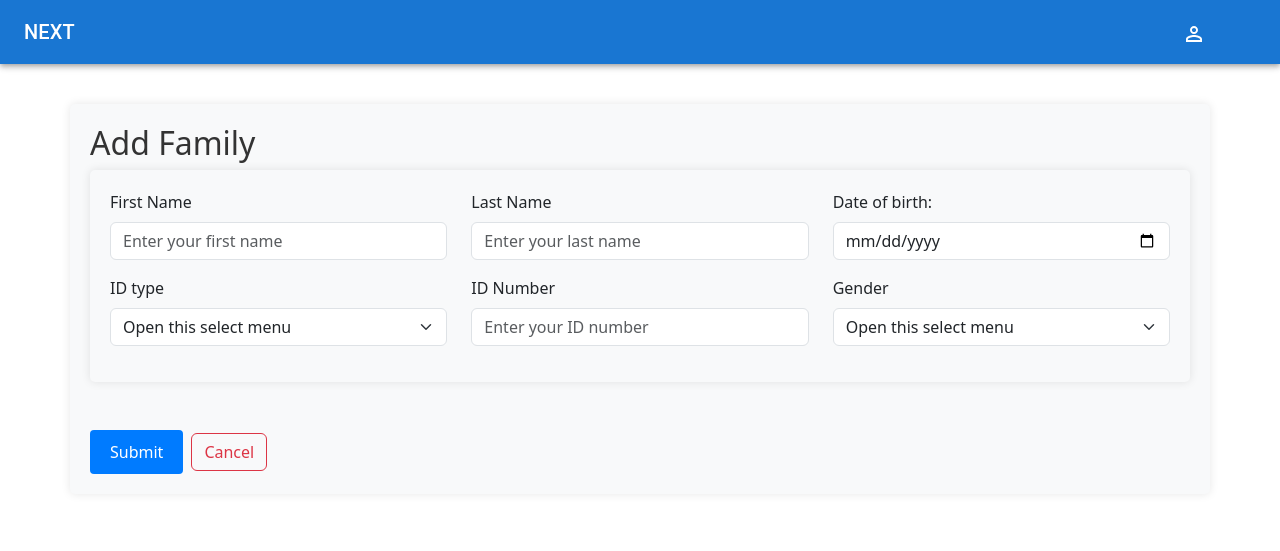
Repository: raghav-pant17/next-frontend
Page: /add-user
An editor plug-in stored every save of this project. The page is shown before and after a run of saves, followed by the edit.
The browser window is 1280 px wide. The pictures show the whole page.
The project was rebuilt for these pictures with package versions that can differ from the ones it lists, and the page was loaded fresh each time. Also part of the build but not shown: src/components/Card.js, src/components/plandetails.js, src/pages/grid.js, src/components/Modal.js, src/pages/Home/CarouselDesign.css, src/pages/Home/CarouselDesign.js, src/pages/Home/Home.js, src/components/Cards/SilverPlan.js and 8 more.

Above is the page before, as saved 2023-10-07 18:59:34.

After the next 5 saves:
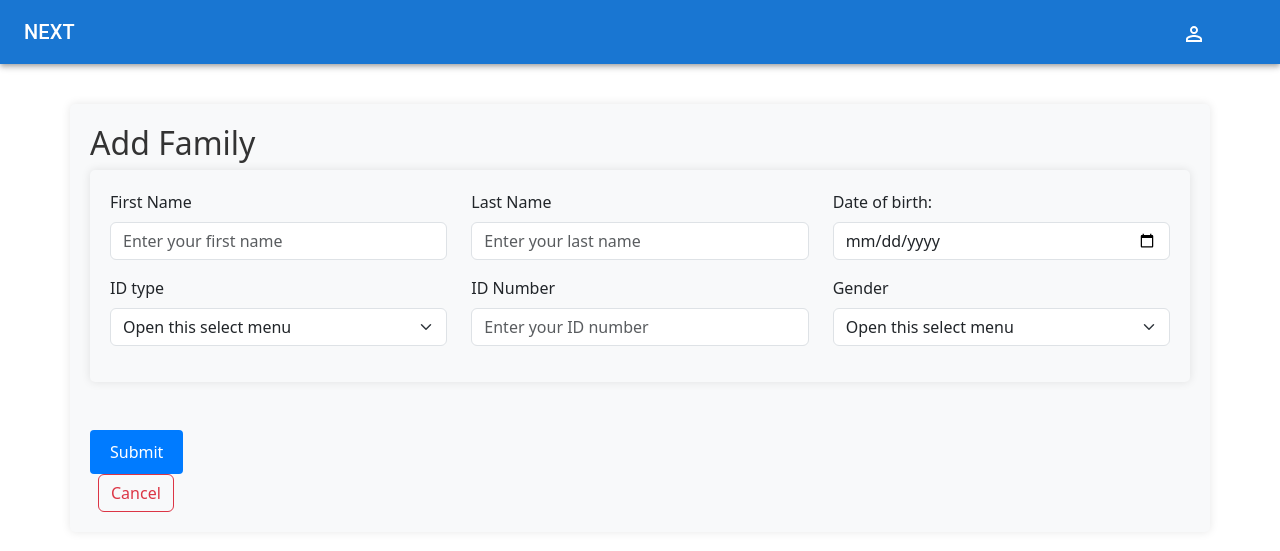
The 5 saves are shown as one change because 2 did not build or start and some came seconds apart.
The last was saved 63 s later.
--- a/src/pages/AddMembers.js
+++ b/src/pages/AddMembers.js
@@ -137,10 +137,10 @@ function AddUser(props) {
             <button type="submit" className="btn btn-outline-primary">
               Submit
             </button>
-            <div className="btn btn-outline-danger mx-2" onclick="handleCancel()">
+          </form>
+          <button className="btn btn-outline-danger mx-2" onclick="handleCancel()">
               Cancel
-            </div>
-          </form>
+            </button>
         </div >
       </div >
     </div >
